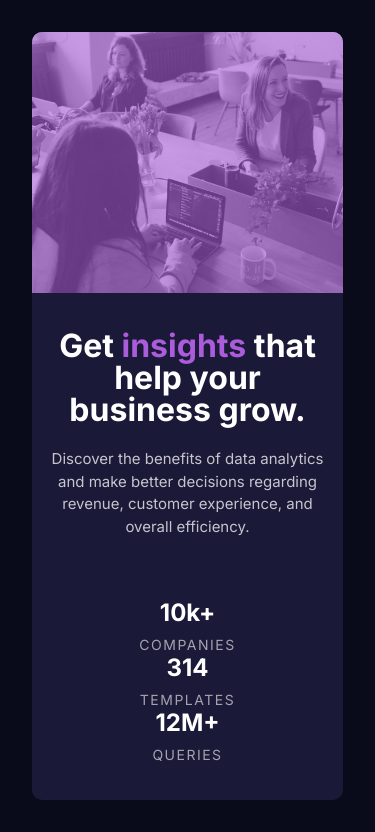
Repository: keisewarsame/stats-preview-frontendmentor
Page: index.html
These files come from the project's save history. The page is drawn as it stood at one moment and after a run of saves; the edit follows.
The browser window is 375 px wide. The pictures show the whole page.

Above is the page before, as saved 2022-07-12 14:26:23.

After the next 2 saves:
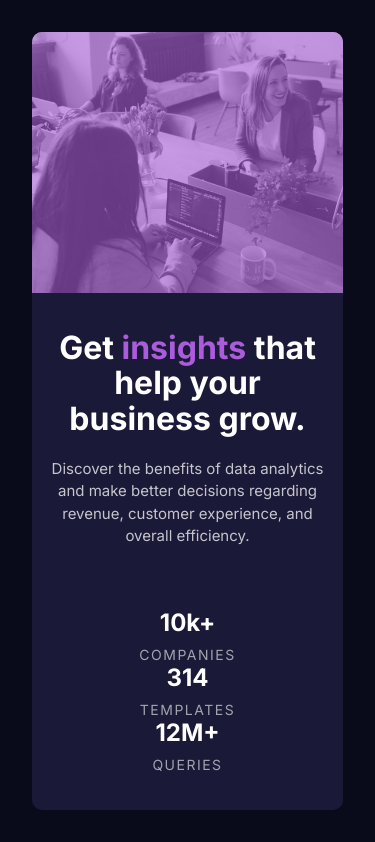
The 2 saves are shown as one change because they came seconds apart.
The last was saved 8 s later.
--- a/styles.css
+++ b/styles.css
@@ -110,6 +110,6 @@ img {
     }
 
     .title {
-        line-height: 1;
+        line-height: 1.1;
     }
 }
